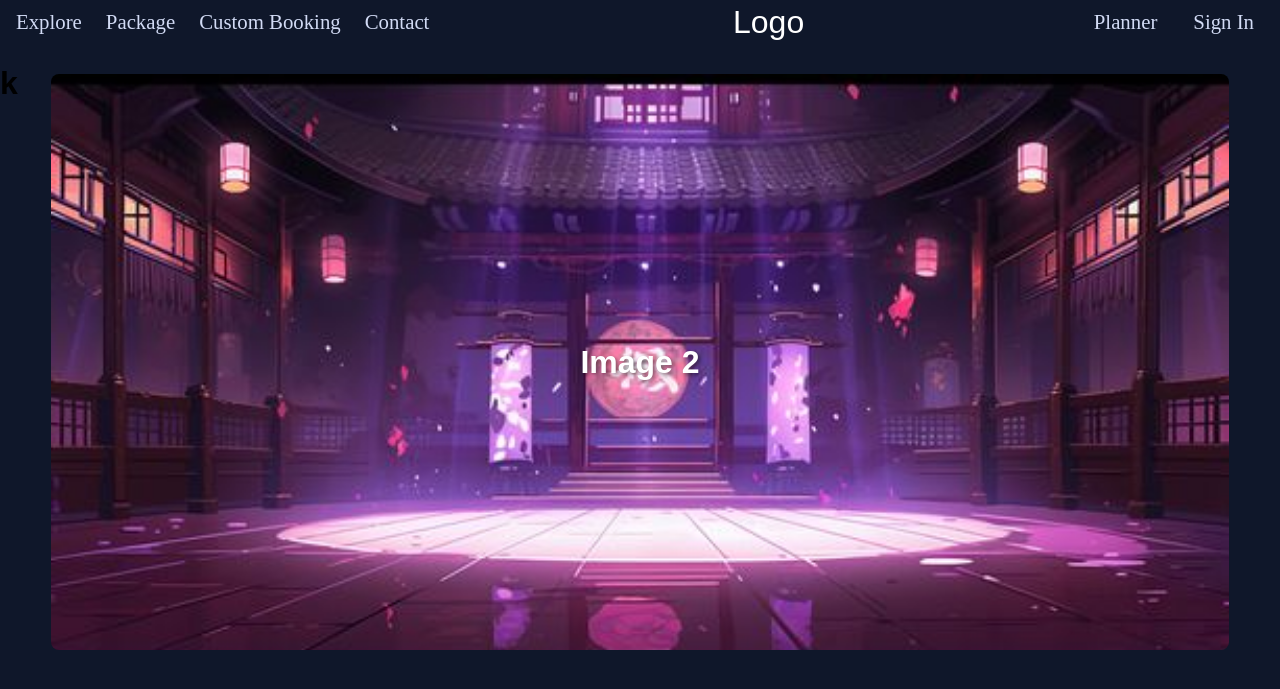
Repository: Demonster-01/Event-Management
Page: / (app in EventOrg/)
The author's editor kept a copy of each file at every save. The page is drawn from the files as they stood at one save, then again after the next save.
The browser window is 1280 px wide. The pictures show the whole page.
Some web fonts or font styles are not loaded; a fallback is used. The project was rebuilt for these pictures with package versions that can differ from the ones it lists, and the page was loaded fresh each time. Also part of the build but not shown: EventOrg/vite.config.js, EventOrg/src/components/Slideshow.jsx.

Above is the page before, as saved 2024-11-08 17:17:32.

### EventOrg/index.html
<!doctype html>
<html lang="en">
  <head>
    <meta charset="UTF-8" />
    <link rel="icon" type="image/svg+xml" href="/vite.svg" />
    <meta name="viewport" content="width=device-width, initial-scale=1.0" />
    <!-- <link
      href="https://fonts.googleapis.com/css2?family=Roboto:wght@400;700&display=swap"
      rel="stylesheet"> -->
    <link
      href="https://fonts.googleapis.com/css2?family=Oranienbaum&display=swap"
      rel="stylesheet">

    <title>Event Mialune</title>
  </head>
  <body>
    <div id="root"></div>
    <script type="module" src="/src/main.jsx"></script>
  </body>
</html>

### EventOrg/src/App.jsx
import { useState } from "react";

import "./App.css";

import Nav from "./components/Nav";
import Slider from "./components/Slider";
import Slideshow from "./components/Slideshow";

function App() {
  return (
    <div className="App">
      <Nav />
      <Slider />
      {/* <Slideshow /> */}
      <h1>k</h1>
    </div>
  );
}

export default App;

### EventOrg/src/App.css
body {
  margin: 0;
  background-color: #0f172a; /* Default text color */
  font-family: "Arial", sans-serif; /* Optional, to set a base font family */
  min-height: 100vh; /* Ensure the background covers the entire screen */
}

### EventOrg/src/components/Nav.jsx
import styles from "../module_css/Nav.module.css";

export default function Nav() {
  return (
    <div className={styles.container}>
      <nav className={styles.navbar}>
        <ul className={styles.nav_list}>
          <li className={styles.nav_item}>Explore</li>
          <li className={styles.nav_item}>Package</li>
          <li className={styles.nav_item}>Custom Booking</li>
          <li className={styles.nav_item}>Contact</li>
        </ul>
      </nav>

      <div className={styles.logo}>Logo</div>
      <div className={styles.btngroup}>
        <button className={styles.btn}>Planner</button>
        <button className={styles.btn}>Sign In</button>
      </div>
    </div>
  );
}

### EventOrg/src/components/Slider.jsx
import React, { useState, useEffect } from "react";
import styles from "../module_css/Slider.module.css";

import image1 from "../assets/images/image.jpg";
import hallImage from "../assets/images/hall.jpg";
import image3 from "../assets/images/image.jpg";

export default function Slider() {
  const [currentImageIndex, setCurrentImageIndex] = useState(0);

  const images = [
    {
      url: image1,
      caption: "Image 1",
    },
    { url: hallImage, caption: "Image 2" },
    { url: image3, caption: "Image 3" },
  ];

  // Function to handle the next image in the slider
  const nextImage = () => {
    setCurrentImageIndex((prevIndex) => (prevIndex + 1) % images.length);
  };

  // Automatic slider every 3 seconds
  useEffect(() => {
    const interval = setInterval(nextImage, 3000);
    return () => clearInterval(interval); // Cleanup on component unmount
  }, []);

  return (
    <div className={styles.slider_container}>
      <div className={styles.image_slider}>
        <img
          src={images[currentImageIndex].url}
          alt={images[currentImageIndex].caption}
          className={styles.slider_image}
        />
        <div className={styles.image_caption}>
          {images[currentImageIndex].caption}
        </div>
      </div>
    </div>
  );
}

### EventOrg/src/module_css/Nav.module.css
.container {
  display: flex;
  justify-content: space-between;
  align-items: center;
  /* background-color: #404a42; */
  padding: 0 1rem;
}

.navbar {
  color: #d2dbf5;
  font-size: 1.3rem;
  font-family: "Oranienbaum";
}

.nav_list {
  display: flex;
  list-style-type: none;
  margin: 0;
  padding: 0;
}

.nav_item {
  margin-right: 1.5rem;
  color: 404a42;
  cursor: pointer;
}

.nav_item:hover,
.btn:hover {
  text-shadow: 2px 2px 5px rgba(238, 240, 233, 0.884);
  cursor: pointer;
  transition: color 0.3s ease;
}

.btngroup {
  display: flex;
  gap: 1rem;
}

.btn {
  font-family: "Oranienbaum";
  font-size: 1.3rem;
  border: none;
  padding: 10px;
  background-color: transparent;
  color: #d2dbf5;
}

.logo {
  color: white;
  font-size: 2rem;
}

### EventOrg/src/module_css/Slider.module.css
/* Container for the slider */
.slider_container {
  margin: 30px 0;
  display: flex;
  justify-content: center;
  align-items: center;
  position: absolute;
  height: 80%;
  width: 100%;
  overflow: hidden;
}

/* Styling for the image and text inside the slider */
.image_slider {
  position: relative;
  width: 92%;
  height: 100%;
}

/* Image styling */
.slider_image {
  width: 100%;
  height: 100%;
  border-radius: 8px;
  object-fit: cover; /* Ensures the image covers the entire container */
  transition: opacity 0.5s ease; /* Smooth transition for image changes */
}

/* Text caption styling */
.image_caption {
  position: absolute;
  top: 50%;
  left: 50%;
  transform: translate(-50%, -50%);
  color: white;
  font-size: 2rem;
  font-weight: bold;
  text-shadow: 2px 2px 4px rgba(0, 0, 0, 0.5); /* Text shadow for better visibility */
}

Loaded but not shown: EventOrg/src/main.jsx (common file)

After the next save:
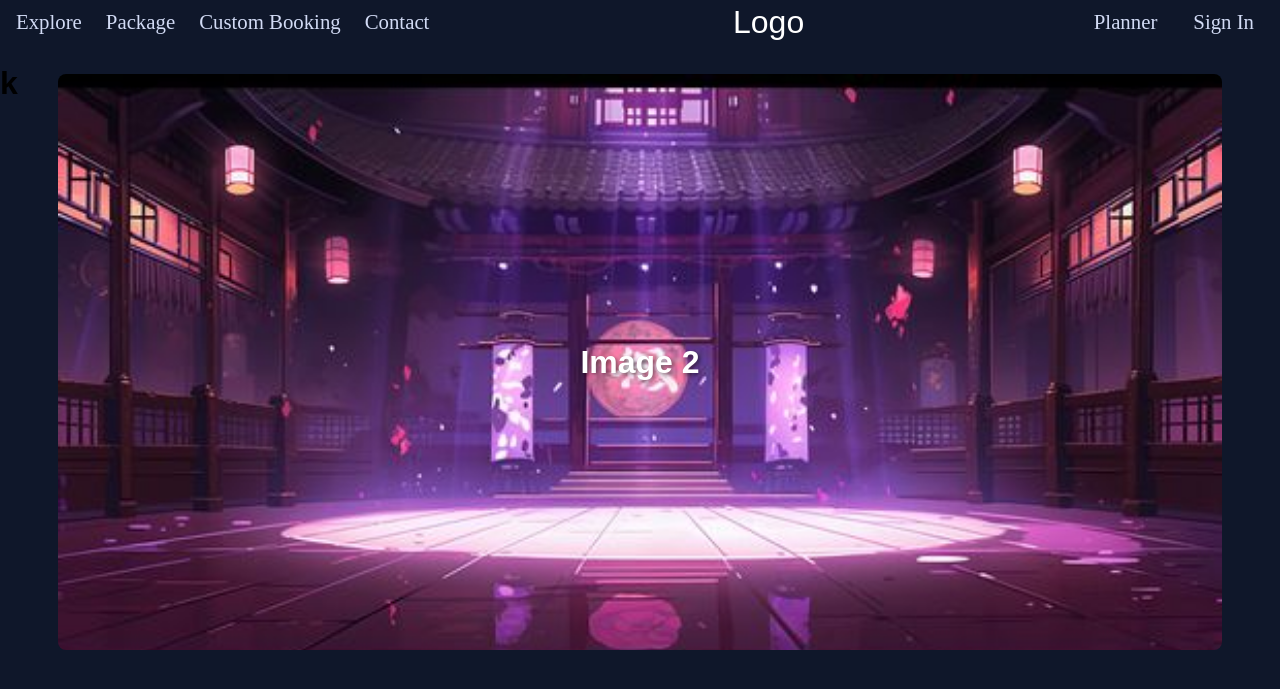
Saved 5 s later.
--- a/EventOrg/src/module_css/Slider.module.css
+++ b/EventOrg/src/module_css/Slider.module.css
@@ -13,7 +13,7 @@
 /* Styling for the image and text inside the slider */
 .image_slider {
   position: relative;
-  width: 92%;
+  width: 91%;
   height: 100%;
 }
 
